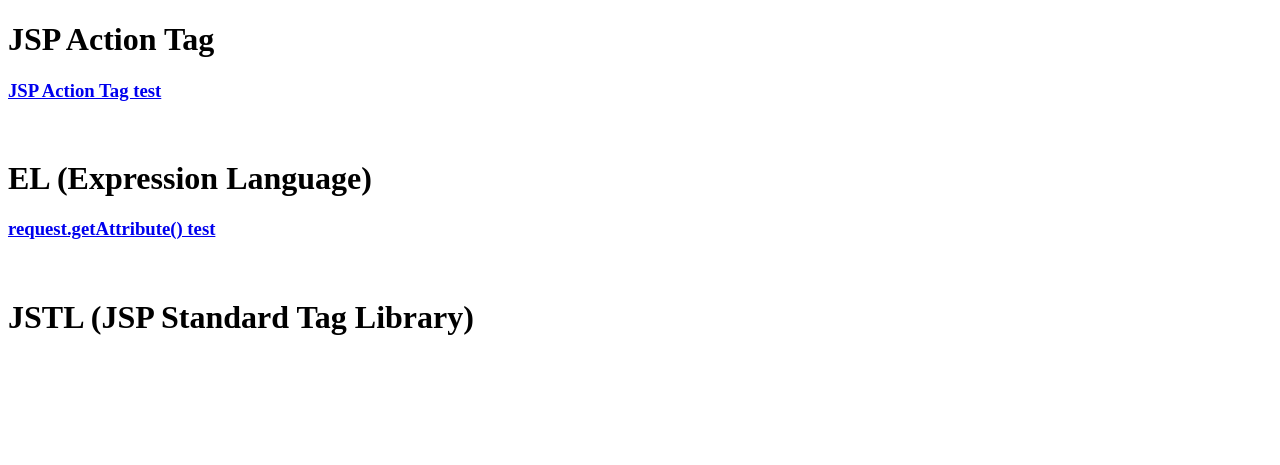
Repository: sonchanmi/JSP
Page: http://localhost/chap02-el-jstl/
An editor plug-in stored every save of this project. The page is shown before and after the next save, followed by the edit.
The browser window is 1280 px wide. The pictures show the whole page.
The page is served by Tomcat 10. Other server files are loaded and not shown.

Above is the page before, as saved 2024-06-10 05:39:41.

### chap02-el-jstl/src/main/webapp/index.jsp
<%@ page language="java" contentType="text/html; charset=UTF-8"
    pageEncoding="UTF-8"%>
<!DOCTYPE html>
<html>
<head>
<meta charset="UTF-8">
<title>EL & JSTL</title>
</head>
<body>
  <h1>JSP Action Tag</h1>
  <h3><a href="views/action/testAction.jsp">JSP Action Tag test</a></h3>

  <br>

  <h1>EL (Expression Language)</h1>
  <h3><a href="test1">request.getAttribute() test</a></h3>
  <br>

  <h1>JSTL (JSP Standard Tag Library)</h1>
</body>
</html>

After the next save:
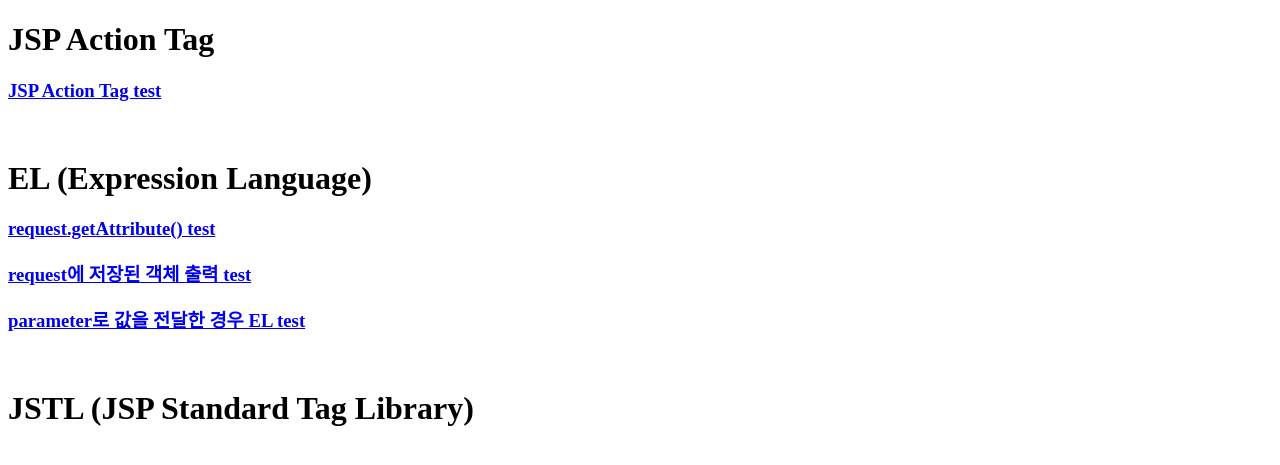
Saved 5 min 3 s later.
--- a/chap02-el-jstl/src/main/webapp/index.jsp
+++ b/chap02-el-jstl/src/main/webapp/index.jsp
@@ -14,6 +14,8 @@
 
   <h1>EL (Expression Language)</h1>
   <h3><a href="test1">request.getAttribute() test</a></h3>
+  <h3><a href="test2">request에 저장된 객체 출력 test</a></h3>
+  <h3><a href="test2">parameter로 값을 전달한 경우 EL test</a></h3>
   <br>
 
   <h1>JSTL (JSP Standard Tag Library)</h1>
